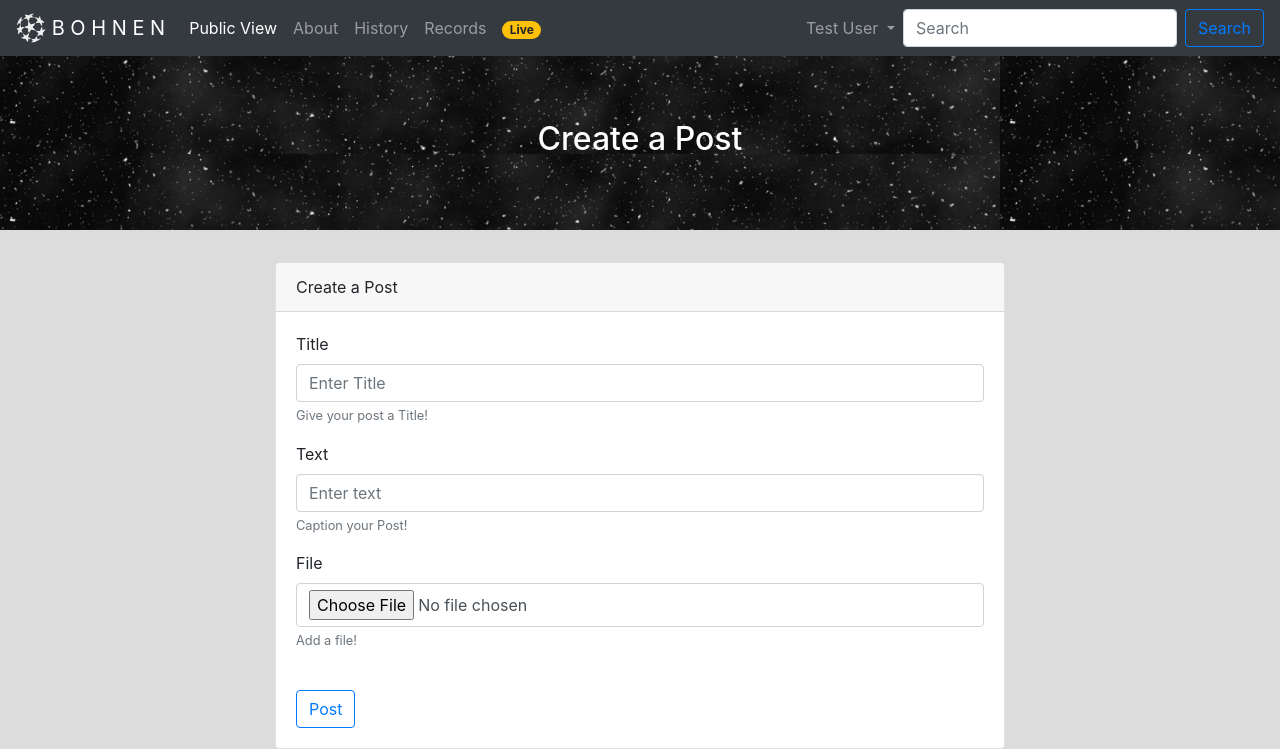
Repository: davidbohnen/BOHNEN
Page: http://localhost/post/create
These files come from the project's save history. The page is drawn as it stood at one moment and after the next save; the edit follows.
The browser window is 1280 px wide. The pictures show the whole page.
Some web libraries are served in a nearby version. The page is served by the project's Laravel application, run on PHP 8.4 with Laravel 8. A made-up administrator, Test User (test@example.com), is signed in.

Above is the page before, as saved 2020-05-12 10:59:39.

After the next save:
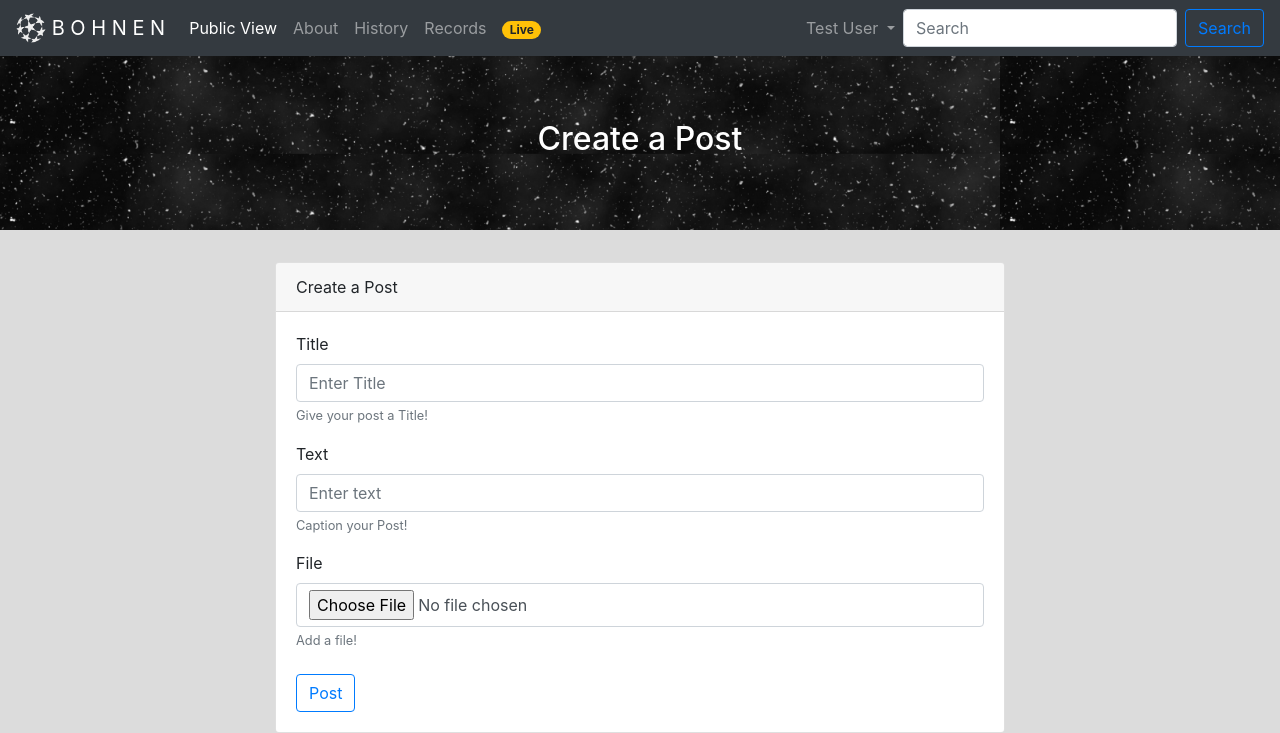
Saved 77 s later.
--- a/resources/views/post/create.blade.php
+++ b/resources/views/post/create.blade.php
@@ -49,7 +49,7 @@
                         </div>
 
 
-                        <div class="form-group">
+
                         <label for="file">File</label>
                         <input name = "file" type="file" class="form-control" id="file" aria-describedby="fileHelp" placeholder="Add file">
                         <small id="fileHelp" class="form-text text-muted">Add a file!</small>
@@ -58,7 +58,6 @@
                                 <small class = "text-danger">{{$message}}</small>
                             @enderror
 
-                        </div>
 
 
 

After the save that followed:
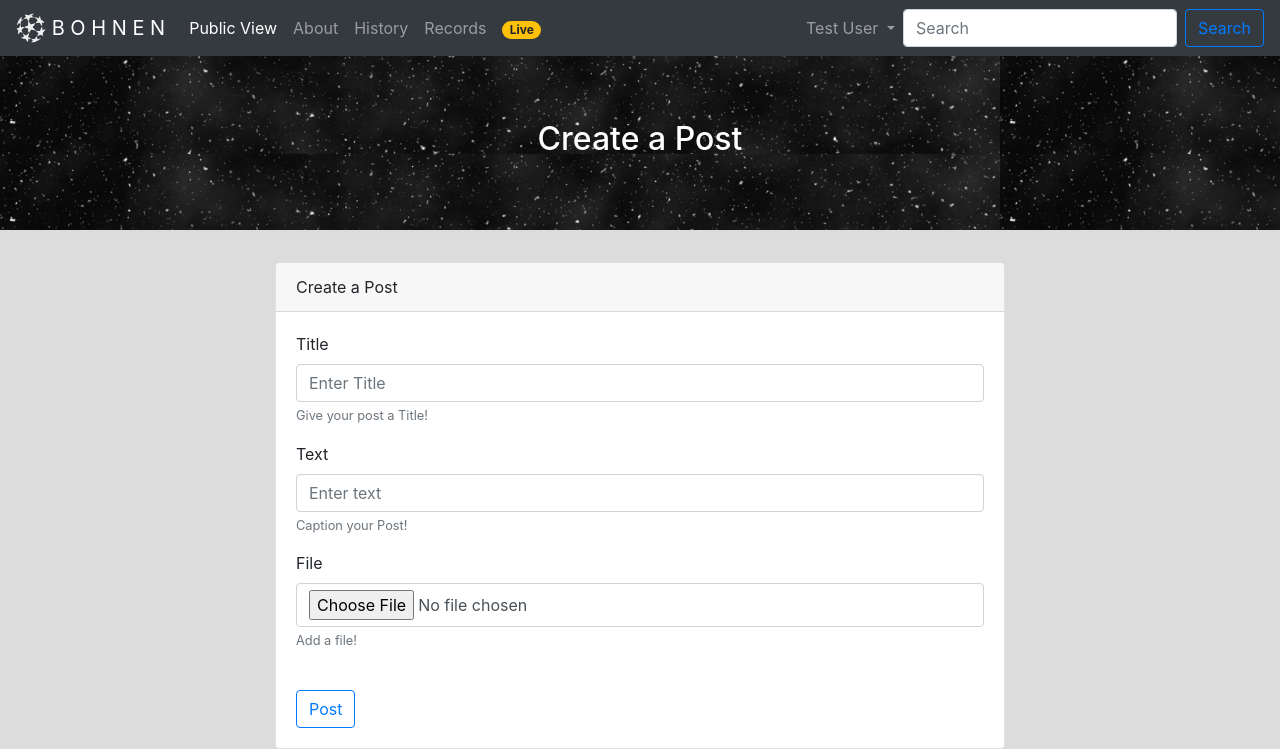
Saved 10 s later.
--- a/resources/views/post/create.blade.php
+++ b/resources/views/post/create.blade.php
@@ -49,7 +49,7 @@
                         </div>
 
 
-
+                        <div class="form-group">
                         <label for="file">File</label>
                         <input name = "file" type="file" class="form-control" id="file" aria-describedby="fileHelp" placeholder="Add file">
                         <small id="fileHelp" class="form-text text-muted">Add a file!</small>
@@ -58,6 +58,7 @@
                                 <small class = "text-danger">{{$message}}</small>
                             @enderror
 
+                        </div>
 
 
 
